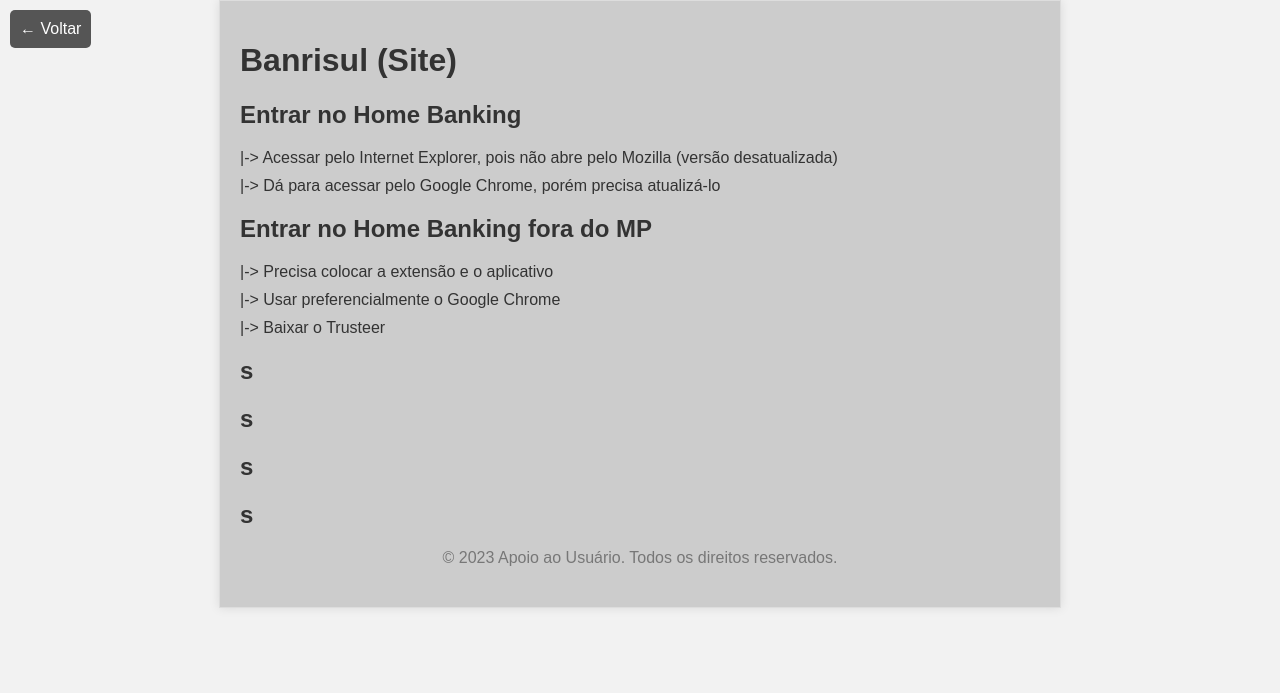
Repository: I4guito/dicasdez
Page: Dicas site/Dicas/banrisite.html
The author's editor kept a copy of each file at every save. The page is drawn from the files as they stood at one save, then again after a run of saves.
The browser window is 1280 px wide. The pictures show the whole page.

Above is the page before, as saved 2023-12-06 13:18:33.

### Dicas site/Dicas/banrisite.html
<!DOCTYPE html>
<html lang="pt-br">
<head>
    <meta charset="UTF-8">
    <meta name="viewport" content="width=device-width, initial-scale=1.0">
    <link rel="stylesheet" href="padrao.css">
    <script src="/Dicas site/script.js"></script>
    <title>Dicas 10 - Banrisul</title>
</head>
<body>
    <div class="container">
        <header>
        <a href="javascript:history.back()" class="voltar-btn">&#8592; Voltar</a>
            <h1>Banrisul (Site)</h1>
        </header>
        <section>
            <h2>Entrar no Home Banking</h2>
            <ul>
                <li>|-> Acessar pelo Internet Explorer, pois não abre pelo Mozilla (versão desatualizada)</li>
                <li>|-> Dá para acessar pelo Google Chrome, porém precisa atualizá-lo</li>
            </ul>
        </section>

        <section>
            <h2>Entrar no Home Banking fora do MP</h2>
            <ul>
                <li>|-> Precisa colocar a extensão e o aplicativo</li>
                <li>|-> Usar preferencialmente o Google Chrome</li>
                <li>|-> Baixar o Trusteer</li>
                <li></li>
            </ul>
        </section>

        <section>
            <h2>s</h2>
            <ul>
                <li></li>
                <li></li>
            </ul>
        </section>

        <section>
            <h2>s</h2>
            <ul>
                <li></li>
                <li></li>
            </ul>
        </section>

        <section>
            <h2>s</h2>
            <ul>
                <li></li>
                <li></li>
            </ul>
        </section>

        <section>
            <h2>s</h2>
            <ul>
                <li></li>
                <li></li>
            </ul>
        </section>


        <footer>
            <p>&copy; 2023 Apoio ao Usuário. Todos os direitos reservados.</p>
        </footer>
    </div>
</body>
</html>

### Dicas site/Dicas/padrao.css
body {
    font-family: 'Arial', sans-serif;
    margin: 0;
    padding: 0;
    background-color: #f2f2f2;
    color:#fff
}

.container {
    max-width: 800px;
    margin: 0 auto;
    background-color: #ccc;
    padding: 20px;
    box-shadow: 0 0 10px rgba(0, 0, 0, 0.1);
    border: 1px solid #ddd;
    color: #333;
}

header, section, footer {
    margin-bottom: 20px;
}

header h1, section h2 {
    color: #333;
}

ul {
    list-style: none;
    padding: 0;
}

li {
    margin-bottom: 10px;
}

footer {
    text-align: center;
    color: #777;
}

.voltar-btn {
    position: absolute;
    left: 10px;
    top: 10px;
    text-decoration: none;
    color: #fff;
    font-size: 16px;
    padding: 10px;
    background-color: #555;
    border: none;
    border-radius: 5px;
    cursor: pointer;
    transition: background-color 0.3s;
}

.voltar-btn:hover {
    background-color: #777;
}

img {

    margin-inline: 5cm;
    max-width: 100%;
    border-radius: 3%;
}

.link-instrucoes {
    font-family:cursive;
    width: 50px;
    left: 10px;
    text-decoration: none;
    color: #fff;
    font-size: 25px;
    padding: 3px;
    background-color: #555;
    border: none;
    border-radius: 10px;
    cursor: pointer;
    transition:  background-color 0.3s;
}

.link-instrucoes:hover {
    background-color:#777
}

.step {
    max-width: 800px;
    margin: 0 auto;
    background-color: #333;
    padding: 20px;
    box-shadow: 0 0 10px rgba(0, 0, 0, 0.1);
    border: 1px solid #ddd;
    color: #333;
    margin-bottom: 40px;
    padding: 20px;
    border-radius: 8px;
    box-shadow: 0 4px 8px rgba(0, 0, 0, 0.1);
}



.container img {
    display: block;
    max-width: 35%;
    height: auto;
    display: block;
    margin: 20px auto;
    border-radius: 8px;
    box-shadow: 0 4px 8px rgba(0, 0, 0, 0.1);


}

.image-zoom input[type="checkbox"] {
    display: none;
}

.image-zoom img {
    max-width: 100%;
    height: auto;
    cursor: pointer;
    transition: transform 0.3s ease-in-out;
}

.image-zoom input[type="checkbox"]:checked + img {
    transform: scale(1.5);
}

### Dicas site/script.js
function filterItems() {
    var searchBar = document.getElementById('searchBar');
    var filter = searchBar.value.toUpperCase();

    var columns = document.getElementsByClassName('column');
    for (var i = 0; i < columns.length; i++) {
        var boxes = columns[i].getElementsByClassName('box');
        for (var j = 0; j < boxes.length; j++) {
            var item = boxes[j];
            var textValue = item.textContent || item.innerText;
            if (textValue.toUpperCase().indexOf(filter) > -1) {
                item.style.display = "";
            } else {
                item.style.display = "none";
            }
        }
    }
}

function openPage(pageName) {
    window.location.href = pageName + '.html';
}

const isOpera = navigator.userAgent.indexOf("OPR") > -1;

if (isOpera) {
    document.addEventListener("DOMContentLoaded", function () {
        const containers = document.querySelectorAll(".container");
        containers.forEach(function (container) {
            container.style.backgroundColor = "#005c4b";
            container.style.color = "#333";
        });
    });
}

After the next 3 saves:
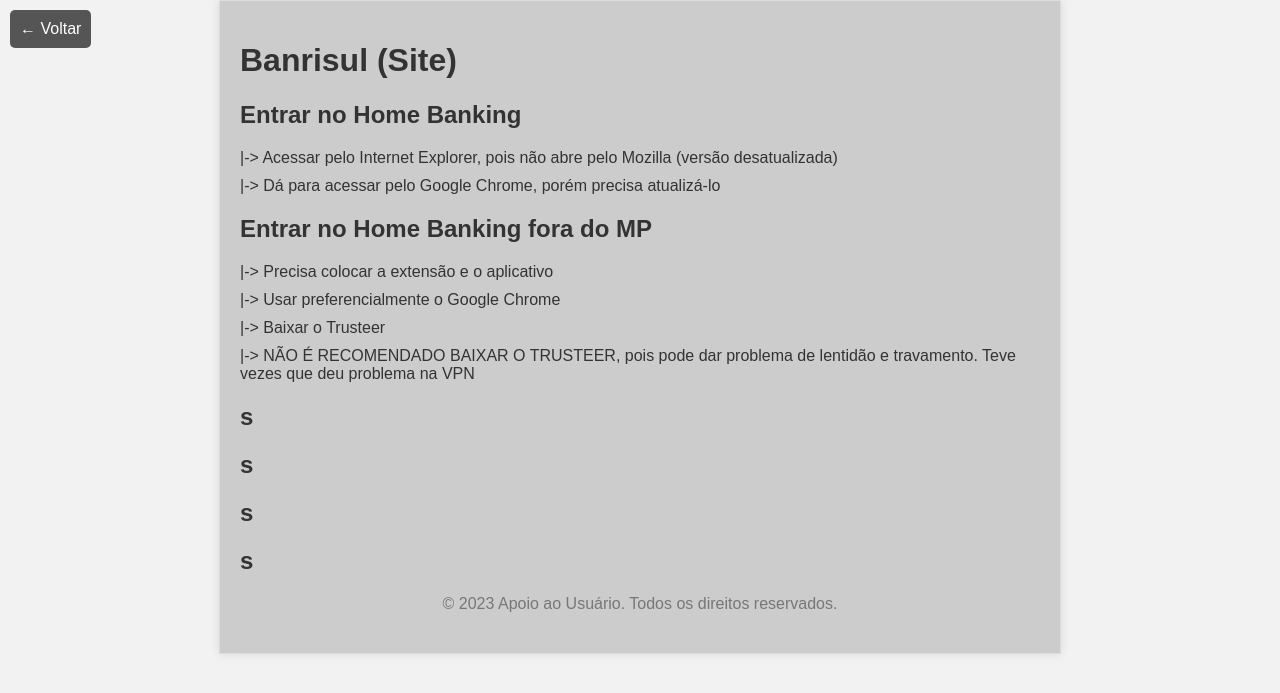
The 3 saves are shown as one change because they came seconds apart.
The last was saved 19 s later.
--- a/Dicas site/Dicas/banrisite.html
+++ b/Dicas site/Dicas/banrisite.html
@@ -27,7 +27,9 @@
                 <li>|-> Precisa colocar a extensão e o aplicativo</li>
                 <li>|-> Usar preferencialmente o Google Chrome</li>
                 <li>|-> Baixar o Trusteer</li>
-                <li></li>
+                <li>|-> NÃO É RECOMENDADO BAIXAR O TRUSTEER, pois pode dar problema de lentidão e travamento. Teve vezes que deu problema na VPN
+                    <blockquote></blockquote>
+                </li>
             </ul>
         </section>
 
